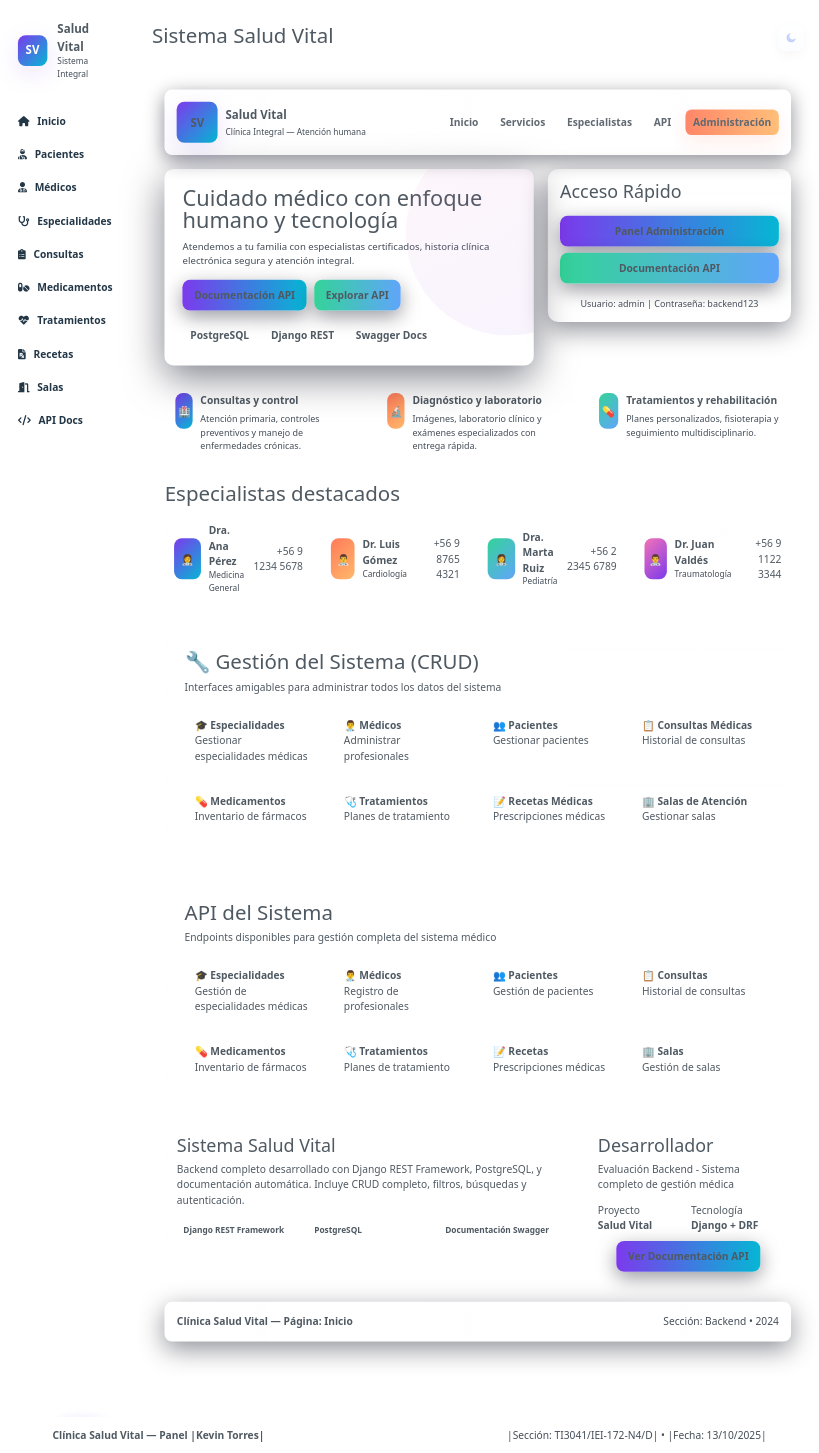
Repository: KeviNozh/eva2_clinica
Page: templates/index.html
An editor plug-in stored every save of this project. The page is shown before and after the next save, followed by the edit.
The browser window is 1280 px wide. The pictures show the whole page, at 64% of full size.
The template is drawn by Django 5.2. The application's start-up code is not run. Other server files are loaded and not shown. The template is opened directly, without the code that normally fills it, so the values that code supplies are empty.

Above is the page before, as saved 2025-10-14 19:46:22.

### templates/index.html
{% extends 'base.html' %}

{% block title %}Inicio - Salud Vital{% endblock %}

{% block content %}
<!DOCTYPE html>
<html lang="es">
<head>
  <meta charset="utf-8" />
  <meta name="viewport" content="width=device-width,initial-scale=1" />
  <style>
  /* Paleta viva y variables */
  :root{
    --bg:#ffffff;      /* fondo oscuro general */
    --soft-bg:#f6fbff;          /* paneles claros */
    --glass: rgba(224, 255, 246, 0.06);
    --muted:#444d58;
    --white:#4f5962;

    --c1-start:#7c3aed; --c1-end:#06b6d4;   /* morado -> cian */
    --c2-start:#ff7a59; --c2-end:#ffb86b;   /* naranja -> amarillo */
    --c3-start:#34d399; --c3-end:#60a5fa;   /* verde -> azul */
    --c4-start:#f472b6; --c4-end:#7c3aed;   /* rosa -> morado */

    --radius:14px;
    --shadow-lg: 0 18px 60px rgba(2,6,23,0.5);
    --max-width:1200px;
    font-family: Inter, system-ui, -apple-system, "Segoe UI", Roboto, "Helvetica Neue", Arial, sans-serif;
    color-scheme: dark;
  }

  /* Reset y layout */
  *{box-sizing:border-box}
  html,body{height:100%;margin:0;background:
    radial-gradient(600px 300px at 10% 10%, rgba(124,58,237,0.12), transparent 10%),
    radial-gradient(500px 240px at 90% 70%, rgba(6,182,212,0.08), transparent 8%),
    var(--bg);
    -webkit-font-smoothing:antialiased;color:var(--white);
  }
  a{color:inherit;text-decoration:none}
  .wrap{max-width:var(--max-width);margin:30px auto;padding:20px}

  /* Header */
  header.site{
    display:flex;align-items:center;gap:16px;padding:18px;border-radius:12px;
    background: linear-gradient(90deg, rgba(255,255,255,0.03), rgba(255,255,255,0.02));
    border: 1px solid rgba(255,255,255,0.04);
    box-shadow: 0 8px 30px rgba(2,6,23,0.45);
  }
  .brand{display:flex;gap:12px;align-items:center}
  .logo{
    width:64px;height:64px;border-radius:12px;background:linear-gradient(135deg,var(--c1-start),var(--c1-end));
    display:grid;place-items:center;font-weight:900;font-size:18px;color:var(--white);box-shadow:0 12px 40px rgba(124,58,237,0.14)
  }
  .brand .title{font-weight:800;font-size:18px}
  .brand .subtitle{font-size:13px;color:var(--muted);margin-top:4px}

  nav.main{margin-left:auto;display:flex;gap:10px;align-items:center}
  .nav-link{padding:8px 12px;border-radius:10px;color:var(--white);opacity:0.9;font-weight:700}
  .nav-link.ghost{background:transparent;border:1px solid rgba(255,255,255,0.04);opacity:0.8}
  .nav-link.cta{background:linear-gradient(90deg,var(--c2-start),var(--c2-end));box-shadow:0 12px 30px rgba(255,122,89,0.14)}

  /* Hero */
  .hero{display:grid;grid-template-columns:1fr 380px;gap:22px;margin-top:22px;align-items:start}
  @media (max-width:980px){ .hero{grid-template-columns:1fr} }
  .hero-card{
    background: linear-gradient(180deg, rgba(255,255,255,0.04), rgba(255,255,255,0.02));
    border-radius:var(--radius);padding:28px;box-shadow:var(--shadow-lg);
    position:relative;overflow:hidden;
  }
  /* decorative shapes */
  .hero-card::before{
    content:"";position:absolute;right:-120px;top:-60px;width:320px;height:320px;border-radius:160px;
    background:linear-gradient(135deg,var(--c4-start),var(--c4-end));opacity:0.06;transform:rotate(20deg);
  }
  .hero h1{margin:0;font-size:34px;line-height:1.02}
  .hero p{margin:12px 0;color:var(--muted);font-size:15px}
  .cta-group{display:flex;gap:12px;margin-top:18px;flex-wrap:wrap}
  .btn{
    padding:12px 18px;border-radius:12px;border:0;font-weight:800;cursor:pointer;
    color:var(--white);box-shadow:0 10px 30px rgba(2,6,23,0.4)
  }
  .btn.primary{background:linear-gradient(90deg,var(--c1-start),var(--c1-end))}
  .btn.alt{background:linear-gradient(90deg,var(--c3-start),var(--c3-end))}

  /* Appointment card (right) */
  .appointment{
    background: linear-gradient(180deg, rgba(255,255,255,0.03), rgba(255,255,255,0.02));
    padding:18px;border-radius:16px;border:1px solid rgba(255,255,255,0.04);box-shadow:0 12px 40px rgba(2,6,23,0.45)
  }
  .appointment h3{margin:0 0 10px 0}
  .appointment label{display:block;font-size:13px;color:var(--muted);margin-bottom:6px}
  .appointment input, .appointment select{width:100%;padding:10px;border-radius:10px;border:1px solid rgba(255,255,255,0.04);background:transparent;color:var(--white);margin-bottom:10px}

  /* Services grid */
  .services{display:grid;grid-template-columns:repeat(3,1fr);gap:14px;margin-top:26px}
  @media (max-width:1100px){ .services{grid-template-columns:repeat(2,1fr)} }
  @media (max-width:700px){ .services{grid-template-columns:1fr} }
  .service{
    background:linear-gradient(180deg, rgba(255,255,255,0.02), rgba(255,255,255,0.01));
    padding:16px;border-radius:12px;border:1px solid rgba(255,255,255,0.03);display:flex;gap:12px;align-items:flex-start;
  }
  .service .icon{width:56px;height:56px;border-radius:12px;display:grid;place-items:center;color:var(--white);font-weight:900}
  .s1{background:linear-gradient(135deg,var(--c1-start),var(--c1-end))}
  .s2{background:linear-gradient(135deg,var(--c2-start),var(--c2-end))}
  .s3{background:linear-gradient(135deg,var(--c3-start),var(--c3-end))}
  .service .title{font-weight:800}
  .service .desc{color:var(--muted);margin-top:6px;font-size:14px}

  /* Specialists */
  .specialists{margin-top:28px}
  .specialists h2{margin:0 0 12px 0}
  .cards{display:grid;grid-template-columns:repeat(4,1fr);gap:14px}
  @media (max-width:1100px){ .cards{grid-template-columns:repeat(2,1fr)} }
  @media (max-width:600px){ .cards{grid-template-columns:1fr} }
  .doctor{
    background:linear-gradient(180deg, rgba(255,255,255,0.02), rgba(255,255,255,0.01));
    padding:14px;border-radius:12px;border:1px solid rgba(255,255,255,0.03);display:flex;gap:12px;align-items:center;
  }
  .avatar{width:64px;height:64px;border-radius:12px;display:grid;place-items:center;font-weight:900;color:var(--white)}
  .avatar.a1{background:linear-gradient(135deg,var(--c1-start),var(--c1-end))}
  .avatar.a2{background:linear-gradient(135deg,var(--c2-start),var(--c2-end))}
  .avatar.a3{background:linear-gradient(135deg,var(--c3-start),var(--c3-end))}
  .avatar.a4{background:linear-gradient(135deg,var(--c4-start),var(--c4-end))}
  .doc-meta .name{font-weight:800}
  .doc-meta .spec{color:var(--muted);font-size:13px}

  /* Facilities / base */
  .base{display:grid;grid-template-columns:2fr 1fr;gap:16px;margin-top:28px}
  @media (max-width:900px){ .base{grid-template-columns:1fr} }
  .about, .contact{
    background: linear-gradient(180deg, rgba(255,255,255,0.02), rgba(255,255,255,0.01));
    padding:18px;border-radius:12px;border:1px solid rgba(255,255,255,0.03);
  }
  .about h3{margin-top:0}
  .features{display:grid;grid-template-columns:repeat(3,1fr);gap:10px;margin-top:12px}
  .feature{padding:10px;border-radius:10px;background:linear-gradient(90deg, rgba(255,255,255,0.02), transparent);font-weight:700;color:var(--white);font-size:13px}

  /* Contact */
  .contact form input, .contact form textarea{width:100%;padding:10px;border-radius:10px;border:1px solid rgba(255,255,255,0.04);background:transparent;color:var(--white);margin-bottom:8px}

  /* Footer */
  footer.site{
    margin-top:28px;padding:18px;border-radius:12px;background:linear-gradient(90deg, rgba(255,255,255,0.03), rgba(255,255,255,0.02));
    border:1px solid rgba(255,255,255,0.04);
    display:flex;justify-content:space-between;align-items:center;gap:12px;box-shadow:0 12px 40px rgba(2,6,23,0.45)
  }
  .footer-left{font-weight:800}
  .footer-right{color:var(--muted)}
  .pill{display:inline-block;padding:8px 12px;border-radius:999px;background:rgba(255,255,255,0.04);font-weight:700}

  /* API Links Section */
  .api-section {
    margin-top: 40px;
    padding: 30px;
    background: linear-gradient(180deg, rgba(255,255,255,0.03), rgba(255,255,255,0.01));
    border-radius: 16px;
    border: 1px solid rgba(255,255,255,0.04);
  }
  .api-links {
    display: grid;
    grid-template-columns: repeat(auto-fit, minmax(200px, 1fr));
    gap: 15px;
    margin-top: 20px;
  }
  .api-link {
    padding: 15px;
    background: rgba(255,255,255,0.02);
    border-radius: 10px;
    border: 1px solid rgba(255,255,255,0.03);
    transition: all 0.3s ease;
  }
  .api-link:hover {
    background: rgba(255,255,255,0.05);
    transform: translateY(-2px);
  }

  /* Small responsive tweaks */
  @media (max-width:520px){
    .nav-link{display:none}
    header.site{padding:12px}
    .logo{width:52px;height:52px}
  }
  </style>
</head>
<body>
  <div class="wrap">
    <!-- Header -->
    <header class="site" role="banner" aria-label="Encabezado principal">
      <div class="brand">
        <div class="logo" aria-hidden>SV</div>
        <div>
          <div class="title">Salud Vital</div>
          <div class="subtitle">Clínica Integral — Atención humana</div>
        </div>
      </div>

      <nav class="main" role="navigation" aria-label="Navegación principal">
        <a class="nav-link" href="#home">Inicio</a>
        <a class="nav-link" href="#servicios">Servicios</a>
        <a class="nav-link" href="#medicos">Especialistas</a>
        <a class="nav-link" href="#api">API</a>
        <a class="nav-link cta" href="/admin/">Administración</a>
      </nav>
    </header>

    <!-- Hero + Appointment -->
    <section class="hero" id="home" aria-labelledby="hero-title">
      <div class="hero-card">
        <h1 id="hero-title">Cuidado médico con enfoque humano y tecnología</h1>
        <p>Atendemos a tu familia con especialistas certificados, historia clínica electrónica segura y atención integral.</p>

        <div class="cta-group">
          <a class="btn primary" href="/api/docs/">Documentación API</a>
          <a class="btn alt" href="/api/">Explorar API</a>
        </div>

        <div style="margin-top:18px;display:flex;gap:10px;flex-wrap:wrap">
          <span class="pill">PostgreSQL</span>
          <span class="pill">Django REST</span>
          <span class="pill">Swagger Docs</span>
        </div>
      </div>

      <aside class="appointment" aria-labelledby="ap-title" id="cita">
        <h3 id="ap-title">Acceso Rápido</h3>
        <div style="text-align: center; margin: 20px 0;">
          <a href="/admin/" class="btn primary" style="display: block; margin-bottom: 10px;">Panel Administración</a>
          <a href="/api/docs/" class="btn alt" style="display: block;">Documentación API</a>
        </div>
        <div style="color: var(--muted); font-size: 14px; text-align: center;">
          Usuario: admin | Contraseña: backend123
        </div>
      </aside>
    </section>

    <!-- Services -->
    <section id="servicios" class="services" aria-label="Servicios destacados">
      <article class="service">
        <div class="icon s1">🏥</div>
        <div>
          <div class="title">Consultas y control</div>
          <div class="desc">Atención primaria, controles preventivos y manejo de enfermedades crónicas.</div>
        </div>
      </article>

      <article class="service">
        <div class="icon s2">🔬</div>
        <div>
          <div class="title">Diagnóstico y laboratorio</div>
          <div class="desc">Imágenes, laboratorio clínico y exámenes especializados con entrega rápida.</div>
        </div>
      </article>

      <article class="service">
        <div class="icon s3">💊</div>
        <div>
          <div class="title">Tratamientos y rehabilitación</div>
          <div class="desc">Planes personalizados, fisioterapia y seguimiento multidisciplinario.</div>
        </div>
      </article>
    </section>

    <!-- Specialists -->
    <section class="specialists" id="medicos">
      <h2>Especialistas destacados</h2>
      <div class="cards" role="list">
        <div class="doctor" role="listitem">
          <div class="avatar a1">👩‍⚕️</div>
          <div class="doc-meta" style="flex:1">
            <div class="name">Dra. Ana Pérez</div>
            <div class="spec">Medicina General</div>
          </div>
          <div style="text-align:right">
            <div class="muted">+56 9 1234 5678</div>
          </div>
        </div>

        <div class="doctor">
          <div class="avatar a2">👨‍⚕️</div>
          <div class="doc-meta" style="flex:1">
            <div class="name">Dr. Luis Gómez</div>
            <div class="spec">Cardiología</div>
          </div>
          <div style="text-align:right">
            <div class="muted">+56 9 8765 4321</div>
          </div>
        </div>

        <div class="doctor">
          <div class="avatar a3">👩‍⚕️</div>
          <div class="doc-meta" style="flex:1">
            <div class="name">Dra. Marta Ruiz</div>
            <div class="spec">Pediatría</div>
          </div>
          <div style="text-align:right">
            <div class="muted">+56 2 2345 6789</div>
          </div>
        </div>

        <div class="doctor">
          <div class="avatar a4">👨‍⚕️</div>
          <div class="doc-meta" style="flex:1">
            <div class="name">Dr. Juan Valdés</div>
            <div class="spec">Traumatología</div>
          </div>
          <div style="text-align:right">
            <div class="muted">+56 9 1122 3344</div>
          </div>
        </div>
      </div>
    </section>

<!-- Agregar esta sección después de "Especialistas destacados" -->
<section class="api-section" id="crud">
  <h2>🔧 Gestión del Sistema (CRUD)</h2>
  <p class="muted">Interfaces amigables para administrar todos los datos del sistema</p>

  <div class="api-links">
    <a href="/crud/especialidades/" class="api-link">
      <strong>🎓 Especialidades</strong>
      <div class="muted">Gestionar especialidades médicas</div>
    </a>
    <a href="/crud/medicos/" class="api-link">
      <strong>👨‍⚕️ Médicos</strong>
      <div class="muted">Administrar profesionales</div>
    </a>
    <a href="/crud/pacientes/" class="api-link">
      <strong>👥 Pacientes</strong>
      <div class="muted">Gestionar pacientes</div>
    </a>
    <a href="/crud/consultas/" class="api-link">
      <strong>📋 Consultas Médicas</strong>
      <div class="muted">Historial de consultas</div>
    </a>
    <a href="/crud/medicamentos/" class="api-link">
      <strong>💊 Medicamentos</strong>
      <div class="muted">Inventario de fármacos</div>
    </a>
    <a href="/crud/tratamientos/" class="api-link">
      <strong>🩺 Tratamientos</strong>
      <div class="muted">Planes de tratamiento</div>
    </a>
    <a href="/crud/recetas/" class="api-link">
      <strong>📝 Recetas Médicas</strong>
      <div class="muted">Prescripciones médicas</div>
    </a>
    <a href="/crud/salas/" class="api-link">
      <strong>🏢 Salas de Atención</strong>
      <div class="muted">Gestionar salas</div>
    </a>
  </div>
</section>

    <!-- API Section -->
    <section class="api-section" id="api">
      <h2>API del Sistema</h2>
      <p class="muted">Endpoints disponibles para gestión completa del sistema médico</p>

      <div class="api-links">
        <a href="/api/especialidades/" class="api-link">
          <strong>🎓 Especialidades</strong>
          <div class="muted">Gestión de especialidades médicas</div>
        </a>
        <a href="/api/medicos/" class="api-link">
          <strong>👨‍⚕️ Médicos</strong>
          <div class="muted">Registro de profesionales</div>
        </a>
        <a href="/api/pacientes/" class="api-link">
          <strong>👥 Pacientes</strong>
          <div class="muted">Gestión de pacientes</div>
        </a>
        <a href="/api/consultas-medicas/" class="api-link">
          <strong>📋 Consultas</strong>
          <div class="muted">Historial de consultas</div>
        </a>
        <a href="/api/medicamentos/" class="api-link">
          <strong>💊 Medicamentos</strong>
          <div class="muted">Inventario de fármacos</div>
        </a>
        <a href="/api/tratamientos/" class="api-link">
          <strong>🩺 Tratamientos</strong>
          <div class="muted">Planes de tratamiento</div>
        </a>
        <a href="/api/recetas-medicas/" class="api-link">
          <strong>📝 Recetas</strong>
          <div class="muted">Prescripciones médicas</div>
        </a>
        <a href="/api/salas-atencion/" class="api-link">
          <strong>🏢 Salas</strong>
          <div class="muted">Gestión de salas</div>
        </a>
      </div>
    </section>

    <!-- Base / About & Contact -->
    <section class="base" id="contacto">
      <div class="about">
        <h3>Sistema Salud Vital</h3>
        <p class="muted">Backend completo desarrollado con Django REST Framework, PostgreSQL, y documentación automática. Incluye CRUD completo, filtros, búsquedas y autenticación.</p>

        <div class="features" aria-hidden>
          <div class="feature">Django REST Framework</div>
          <div class="feature">PostgreSQL</div>
          <div class="feature">Documentación Swagger</div>
        </div>
      </div>

      <aside class="contact" aria-labelledby="contact-title">
        <h3 id="contact-title">Desarrollador</h3>
        <p class="muted">Evaluación Backend - Sistema completo de gestión médica</p>

        <div style="display:flex;gap:8px;margin-top:8px">
          <div style="flex:1">
            <div class="muted">Proyecto</div>
            <div style="font-weight:800">Salud Vital</div>
          </div>
          <div style="flex:1">
            <div class="muted">Tecnología</div>
            <div style="font-weight:800">Django + DRF</div>
          </div>
        </div>

        <div style="margin-top:12px; text-align: center;">
          <a href="/api/docs/" class="btn primary">Ver Documentación API</a>
        </div>
      </aside>
    </section>

    <!-- Footer -->
    <footer class="site" role="contentinfo">
      <div class="footer-left">
        Clínica Salud Vital — Página: Inicio
      </div>
      <div class="footer-right">
        <div class="muted">Sección: Backend • <span>2024</span></div>
      </div>
    </footer>
  </div>
</body>
</html>
{% endblock %}

Loaded but not shown: templates/base.html (345 lines, source omitted)

After the next save:
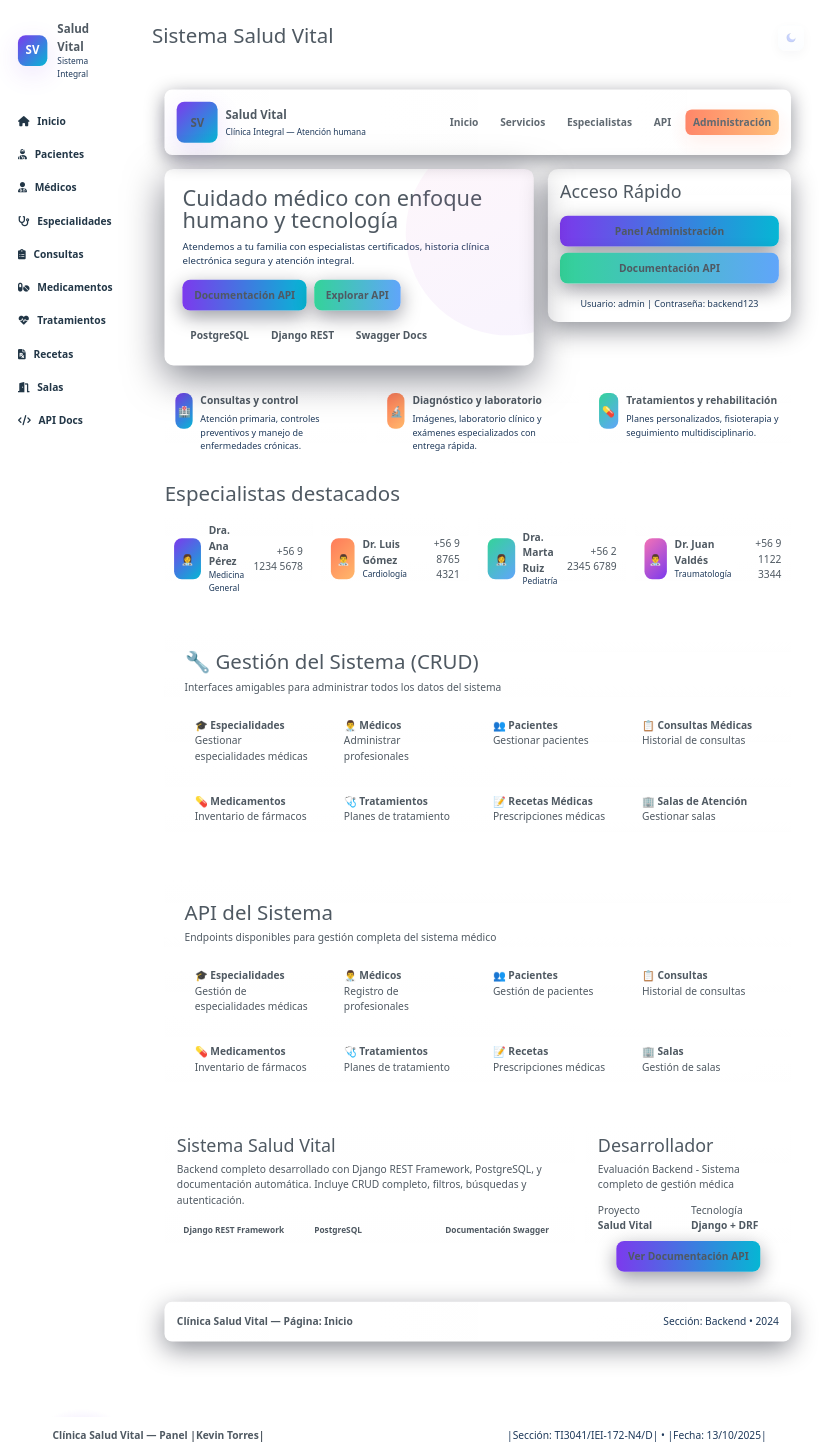
Saved 38 s later.
--- a/templates/index.html
+++ b/templates/index.html
@@ -14,7 +14,7 @@
     --bg:#ffffff;      /* fondo oscuro general */
     --soft-bg:#f6fbff;          /* paneles claros */
     --glass: rgba(224, 255, 246, 0.06);
-    --muted:#444d58;
+    --muted:#1e395a;
     --white:#4f5962;
 
     --c1-start:#7c3aed; --c1-end:#06b6d4;   /* morado -> cian */
